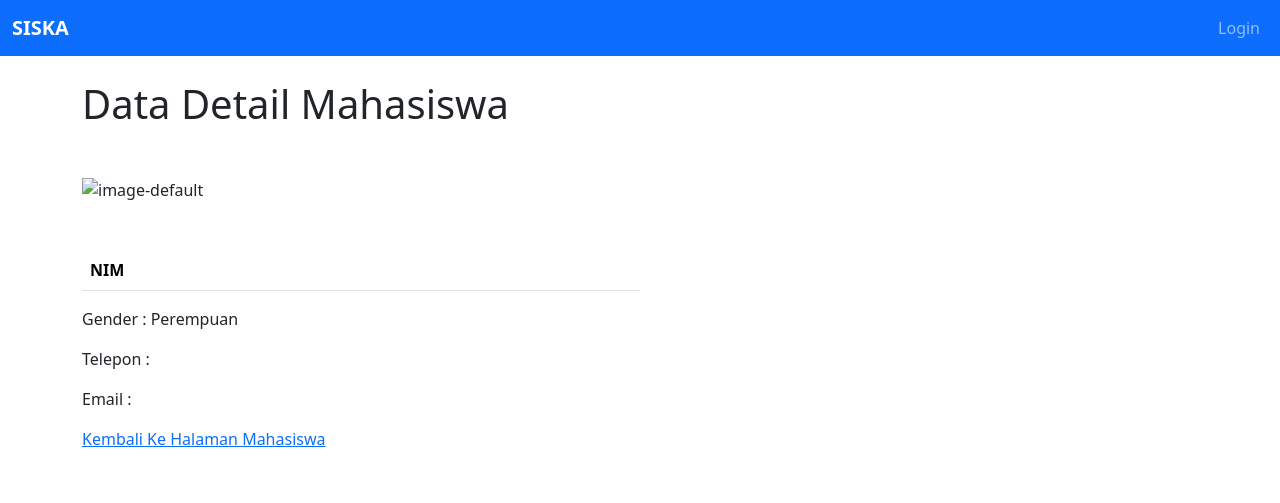
Repository: WiraAtma/administrasi-kampus
Page: resources/views/mahasiswa-detail.blade.php
These files come from the project's save history. The page is drawn as it stood at one moment and after the next save; the edit follows.
The browser window is 1280 px wide. The pictures show the whole page.
The page is served by the project's Laravel application, run on PHP 8.4 with Laravel 12. Other server files are loaded and not shown. The template is opened directly, without the code that normally fills it, so the values that code supplies are empty.

Above is the page before, as saved 2024-10-26 16:07:21.

### routes/web.php
<?php

use App\Http\Controllers\AuthController;
use App\Http\Controllers\FakultasController;
use App\Http\Controllers\MahasiswaController;
use App\Http\Controllers\ProdiController;
use App\Http\Middleware\AdminAccess;
use App\Http\Middleware\DosenAccess;
use Illuminate\Support\Facades\Route;

Route::get('/', function() {
    return view('home');
});

Route::get('/login', [AuthController::class, 'login'])->name('login')->middleware('guest');
Route::post('/login', [AuthController::class, 'authenticing'])->middleware('guest');
Route::get('/logout', [AuthController::class, 'logout']);

Route::get('/mahasiswa', [MahasiswaController::class, 'index'])->middleware('auth');
Route::get('/mahasiswa-detail/{id}', [MahasiswaController::class, 'show'])->middleware('auth');
Route::get('/mahasiswa-create', [MahasiswaController::class, 'create'])->middleware([AdminAccess::class]);
Route::post('/filter-mahasiswa', [MahasiswaController::class, 'store'])->middleware([AdminAccess::class]);
Route::get('/mahasiswa-edit/{id}', [MahasiswaController::class, 'edit'])->middleware([DosenAccess::class]);
Route::put('/filter-mahasiswa/{id}', [MahasiswaController::class, 'update'])->middleware([DosenAccess::class]);
Route::get('/mahasiswa-delete/{id}', [MahasiswaController::class, 'delete'])->middleware([AdminAccess::class]);
Route::delete('/filter-delete-mahasiswa/{id}', [MahasiswaController::class, 'destroy'])->middleware([AdminAccess::class]);
Route::get('/mahasiswa-temporary', [MahasiswaController::class, 'mahasiswaDeleted'])->middleware([AdminAccess::class]);
Route::get('/filter-restore-mahasiswa/{id}', [MahasiswaController::class, 'restore'])->middleware([AdminAccess::class]);

Route::get('/prodi', [ProdiController::class, 'index'])->middleware('auth');
Route::get('/prodi-detail/{id}', [ProdiController::class, 'show'])->middleware('auth');
Route::get('/prodi-create', [ProdiController::class, 'create'])->middleware([AdminAccess::class]);
Route::post('/filter-prodi', [ProdiController::class, 'store'])->middleware([AdminAccess::class]);
Route::get('/prodi-edit/{id}', [ProdiController::class, 'edit'])->middleware([DosenAccess::class]);
Route::post('/filter-prodi/{id}', [ProdiController::class, 'update'])->middleware([DosenAccess::class]);
Route::get('/prodi-delete/{id}', [ProdiController::class, 'delete'])->middleware([AdminAccess::class]);
Route::delete('/filter-delete-prodi/{id}', [ProdiController::class, 'destroy'])->middleware(AdminAccess::class);
Route::get('/prodi-temporary', [ProdiController::class, 'prodiDeleted'])->middleware([AdminAccess::class]);
Route::get('/filter-restore-prodi/{id}', [ProdiController::class, 'restore'])->middleware([AdminAccess::class]);

Route::get('/fakultas', [FakultasController::class, 'index'])->middleware('auth');

### resources/views/mahasiswa-detail.blade.php
@extends('layouts.mainLayouts')

@section('title','Detail Mahasiswa')

@section('content')
    <h1>Data Detail Mahasiswa</h1>
    <div class="my-5">
        @if ($mahasiswa->image != '')
            <img src="{{ asset('storage/photo/'. $mahasiswa->image) }}" alt="image" style="width:200px">
        @else
            <img src="{{ asset('storage/default/defaultPhoto.jpg') }}" alt="image-default" style="width:200px">
        @endif

    </div>
    <div class="mt-5">
        <table class="table" style="width: 50%">
            <tr>
                <th>NIM</th>
                <td>{{ $mahasiswa->nim }}</td>
            </tr>
        </table>
        {{-- <p>NIM : </p>
        <p>Nama : {{ $mahasiswa->name }}</p>
        <p>Prodi : {{ $mahasiswa->prodi->name }}</p>
        <p>Fakultas :
            {{ $mahasiswa->prodi->fakultas->name }}
        </p> --}}
        <p>
            Gender :
            @if ($mahasiswa->gender === 'L')
                Laki - Laki
            @else
                Perempuan
            @endif
        </p>
        <p>Telepon : {{ $mahasiswa->phone }}</p>
        <p>Email : {{ $mahasiswa->email }}</p>
    </div>
    <a href="/mahasiswa">Kembali Ke Halaman Mahasiswa</a>
@endsection

### resources/views/layouts/mainLayouts.blade.php
<!DOCTYPE html>
<html lang="en">
<head>
    <meta charset="UTF-8">
    <meta name="viewport" content="width=device-width, initial-scale=1.0">
    <meta http-equiv="X-UA-Compatible" content="ie=edge">
    <title>SISKA | @yield('title')</title>
    <link href="https://cdn.jsdelivr.net/npm/bootstrap@5.3.3/dist/css/bootstrap.min.css" rel="stylesheet" integrity="sha384-QWTKZyjpPEjISv5WaRU9OFeRpok6YctnYmDr5pNlyT2bRjXh0JMhjY6hW+ALEwIH" crossorigin="anonymous">
</head>
<body>
    <nav class="navbar sticky-top bg-primary navbar-expand-lg" data-bs-theme="dark">
        <div class="container-fluid">
          <a class="navbar-brand" href="/" style="font-weight: bold">SISKA</a>
          <button class="navbar-toggler" type="button" data-bs-toggle="collapse" data-bs-target="#navbarTogglerDemo02" aria-controls="navbarTogglerDemo02" aria-expanded="false" aria-label="Toggle navigation">
            <span class="navbar-toggler-icon"></span>
          </button>
          <div class="collapse navbar-collapse" id="navbarTogglerDemo02">
              <ul class="navbar-nav me-auto mb-2 mb-lg-0">
              @if(auth()->check() && auth()->user()->name != '')
              @else
                <li class="nav-item">
                  <a class="nav-link invisible {{ request()->is('/') ? 'active' : ''}}" href="/">Beranda</a>
                </li>
              @endif
              @if(auth()->check() && auth()->user()->name != '')
                <li class="nav-item">
                  <a class="nav-link {{ request()->is('mahasiswa') ? 'active' : ''}}" href="/mahasiswa">Mahasiswa</a>
                </li>
                <li class="nav-item">
                  <a class="nav-link {{ request()->is('prodi') ? 'active' : ''}}" href="/prodi">Program Studi</a>
                </li>
                <li class="nav-item">
                  <a class="nav-link {{ request()->is('fakultas') ? 'active' : ''}}" href="/fakultas">Fakultas Kampus</a>
                </li>
              @else
              @endif
              </ul>
            <ul class="navbar-nav">
              <li class="nav-item">
                @if(auth()->check() && auth()->user()->name != '')
                  <a href="/logout" class="nav-link">Logout</a>
                @else
                  <a href="/login" class="nav-link">Login</a>
                @endif
              </li>
            </ul>
          </div>
        </div>
    </nav>
    <div class="container mt-4">
        @yield('content')
    </div>
    <script src="https://cdn.jsdelivr.net/npm/bootstrap@5.3.3/dist/js/bootstrap.bundle.min.js" integrity="sha384-YvpcrYf0tY3lHB60NNkmXc5s9fDVZLESaAA55NDzOxhy9GkcIdslK1eN7N6jIeHz" crossorigin="anonymous"></script>
</body>
</html>

After the next save:
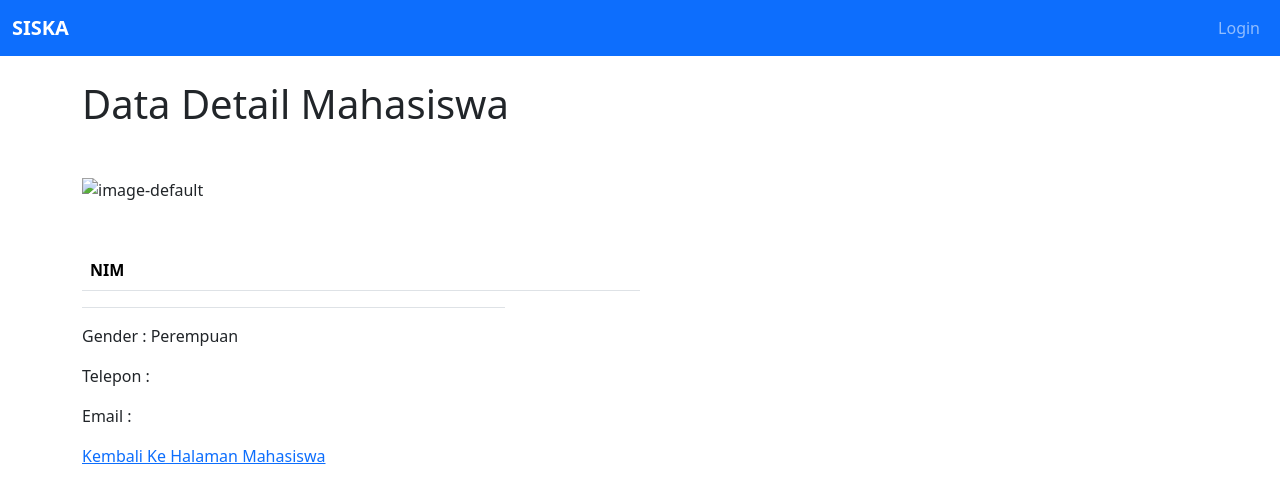
Saved 14 s later.
--- a/resources/views/mahasiswa-detail.blade.php
+++ b/resources/views/mahasiswa-detail.blade.php
@@ -17,6 +17,9 @@
             <tr>
                 <th>NIM</th>
                 <td>{{ $mahasiswa->nim }}</td>
+            </tr>
+            <tr>
+                <th></th>
             </tr>
         </table>
         {{-- <p>NIM : </p>
